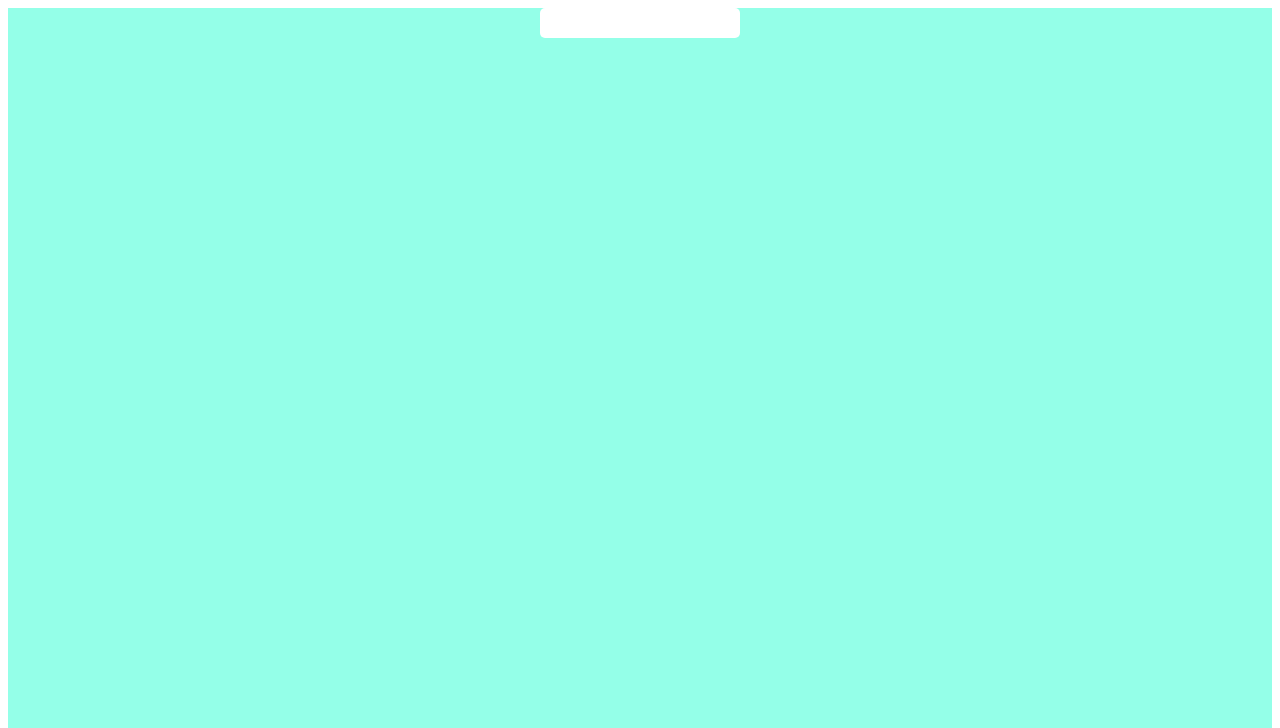
Repository: lxl0302/ClassBegin_-sound_code
Page: /
The author's editor kept a copy of each file at every save. The page is drawn from the files as they stood at one save, then again after the next save.
The browser window is 1280 px wide. The pictures show the whole page.
The project was rebuilt for these pictures with package versions that can differ from the ones it lists, and the page was loaded fresh each time.

Above is the page before, as saved 2020-07-08 16:24:44.

### src/main.js
import Vue from 'vue'
import App from './App.vue'
import create from './utils/create'
import router from './router/index'

Vue.config.productionTip = false

Vue.prototype.$create =create

new Vue({
  router,
  render: h => h(App),
}).$mount('#app')

### src/App.vue
<template>
  <div id="app">
    <HelloWorld />
  </div>
</template>

<script>
import HelloWorld from './views/index'

export default {
  name: 'App',
  components: {
    HelloWorld
  }
}
</script>

<style>
  html,body{
    height: 100%;
  }
  #app {
    height: 100%;
  }
</style>

### src/utils/create.js
import Vue from 'vue';

export default function create(Component, props) {
  // 先创建实例
  const vm = new Vue({
    render(h) {
      // h就是createElement, 它返回VNode
      return h(Component, {props})
    }
  }).$mount();
  // 手动挂在dom 创建实例后 会有与实例对应的实体dom
  document.body.appendChild(vm.$el)
  // 销毁方法
  const comp = vm.$children[0];
  comp.remove = function() {
    document.body.removeChild(vm.$el); // 移除实体dom
    vm.$destroy() // 销毁实例
  }
  return comp
}

### src/router/index.js
import Vue from 'vue'
import VueRouter from 'vue-router'

// 1.安装插件
Vue.use(VueRouter)

// 2.创建vue-router实例
const router = new VueRouter({
  // 配置映射
  routes: []
})

// 3.导出
export default router

### src/views/index.vue
<template>
  <div class="zong">
    <div class="toolbar"></div>
  </div>
</template>

<script>
export default {
  name: '',
  components: {},
  data() {
    return {}
  },
  computed: {},
  mounted() {},
  methods: {}
}
</script>
<style scoped>
.zong {
  width: 100%;
  height: 100%;
  background-color: rgba(0, 255, 200, 0.418);
}
.toolbar{
  position: relative;
  margin: auto;
  width: 200px;
  height: 30px;
  border-radius: 5px;
  background-color: white;
}
</style>

Loaded but not shown: public/index.html (common file)

After the next save:
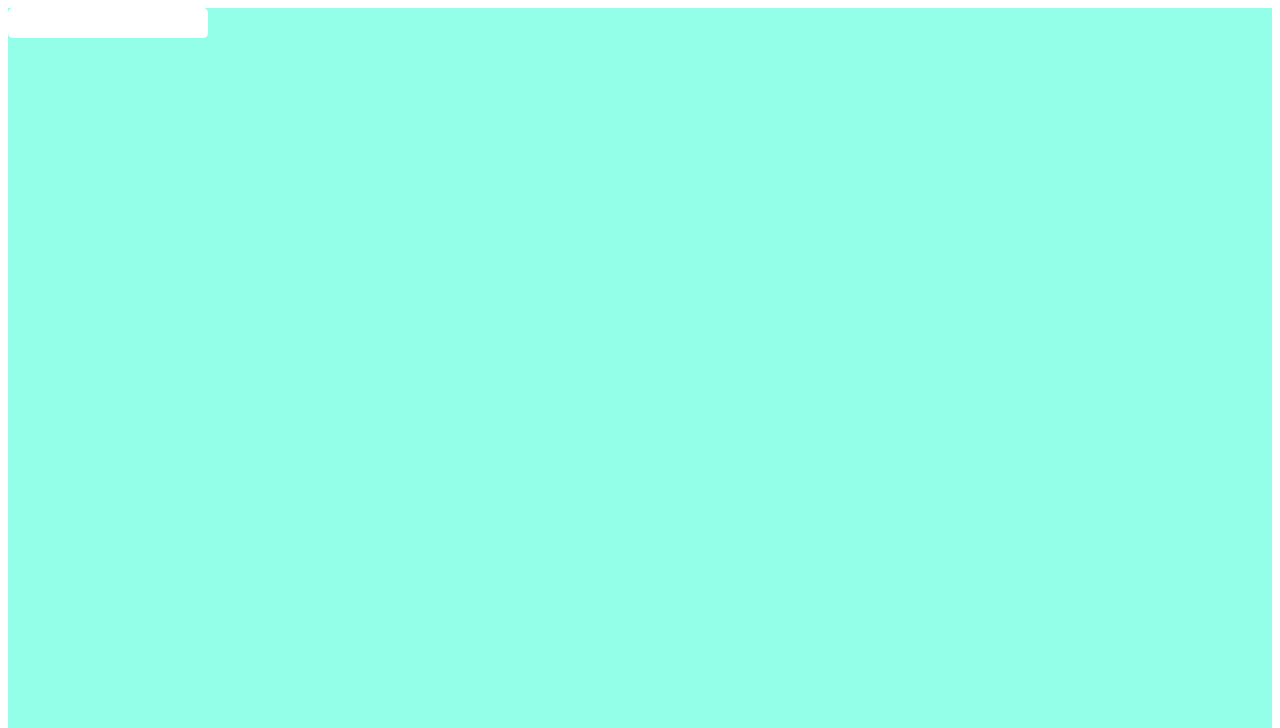
Saved 12 s later.
--- a/src/views/index.vue
+++ b/src/views/index.vue
@@ -23,8 +23,7 @@ export default {
   background-color: rgba(0, 255, 200, 0.418);
 }
 .toolbar{
-  position: relative;
-  margin: auto;
+  position: absolute;
   width: 200px;
   height: 30px;
   border-radius: 5px;
